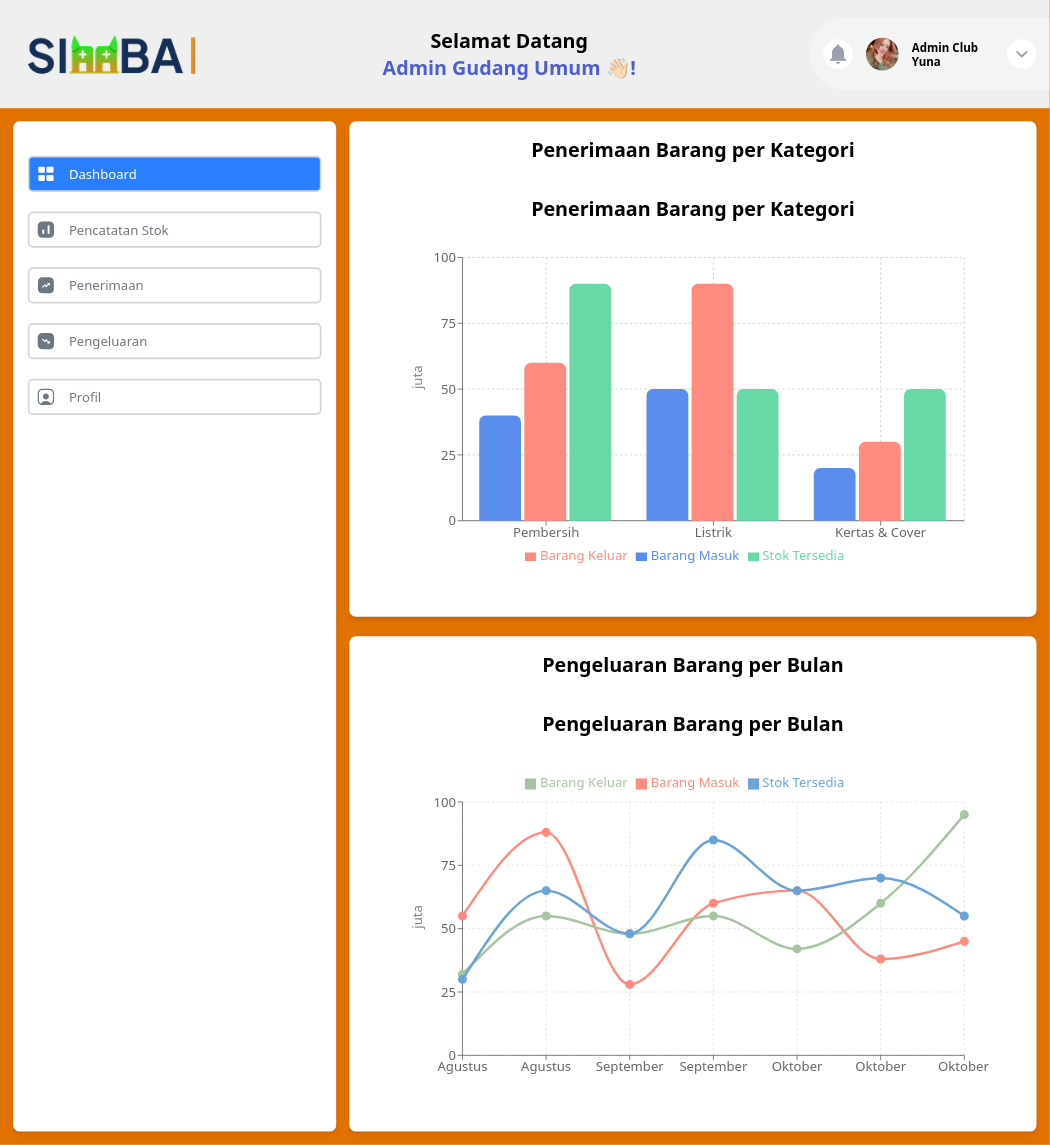
Repository: Gokerwow/inventory-fe
Page: /
These files come from the project's save history. The page is drawn as it stood at one moment and after the next save; the edit follows.
The browser window is 1280 px wide. The pictures show the whole page, at 82% of full size.
The project was rebuilt for these pictures with package versions that can differ from the ones it lists, and the page was loaded fresh each time. Also part of the build but not shown: vite.config.ts, src/pages/stokBarang.tsx, src/pages/penerimaan.tsx, src/pages/pengeluaran.tsx, src/pages/profil.tsx.

Above is the page before, as saved 2025-10-15 15:55:50.

### index.html
<!doctype html>
<html lang="en">
  <head>
    <meta charset="UTF-8" />
    <link rel="icon" type="image/svg+xml" href="/vite.svg" />
    <meta name="viewport" content="width=device-width, initial-scale=1.0" />
    <title>inventory-fe</title>
  </head>
  <body>
    <div id="root"></div>
    <script type="module" src="/src/main.tsx"></script>
  </body>
</html>

### src/main.tsx
import { StrictMode } from 'react'
import { createRoot } from 'react-dom/client'
import './index.css'
import App from './App.tsx'
import ErrorBoundary from './components/errorBoundary.tsx'
import { BrowserRouter } from 'react-router-dom'

createRoot(document.getElementById('root')!).render(
  <StrictMode>
    <ErrorBoundary>
      <BrowserRouter>
        <App />
      </BrowserRouter>
    </ErrorBoundary>
  </StrictMode>,
)

### src/App.tsx
import './App.css'
import { Routes, Route, Navigate } from 'react-router-dom'
import Layout from './components/layout'
import Dashboard from './pages/dashboard'
import StokBarang from './pages/stokBarang'
import Penerimaan from './pages/penerimaan'
import Pengeluaran from './pages/pengeluaran'
import Profil from './pages/profil'


function App() {
  return (
    <Routes>
      <Route path="/" element={<Layout />}>
        <Route index element={<Navigate to="/dashboard" replace />} />
        <Route path="dashboard" element={<Dashboard />} />
        <Route path="pencatatan-stok" element={<StokBarang />} />
        <Route path="penerimaan" element={<Penerimaan />} />
        <Route path="pengeluaran" element={<Pengeluaran />} />
        <Route path="profil" element={<Profil />} />
      </Route>
    </Routes>
  )
}

export default App

### src/components/errorBoundary.tsx
// components/ErrorBoundary.tsx
import { ErrorBoundary as ReactErrorBoundary } from 'react-error-boundary';
import { type ReactNode } from 'react';

function ErrorFallback({ error, resetErrorBoundary }: any) {
    return (
        <div className="min-h-screen flex items-center justify-center bg-gray-100">
            <div className="bg-white p-8 rounded-lg shadow-lg max-w-md w-full">
                <h2 className="text-2xl font-bold text-red-600 mb-4">
                    Oops! Terjadi Error
                </h2>
                <div className="bg-red-50 border border-red-200 rounded p-4 mb-4">
                    <p className="text-red-800 font-semibold">Error:</p>
                    <p className="text-red-600 text-sm mt-2">{error.message}</p>
                </div>
                <details className="mb-4">
                    <summary className="cursor-pointer text-gray-600 hover:text-gray-800">
                        Stack Trace
                    </summary>
                    <pre className="mt-2 text-xs bg-gray-50 p-2 rounded overflow-auto max-h-40">
                        {error.stack}
                    </pre>
                </details>
                <button
                    onClick={resetErrorBoundary}
                    className="w-full bg-blue-600 text-white py-2 px-4 rounded hover:bg-blue-700 transition"
                >
                    Coba Lagi
                </button>
            </div>
        </div>
    );
}

interface ErrorBoundaryProps {
    children: ReactNode;
}

export default function ErrorBoundary({ children }: ErrorBoundaryProps) {
    return (
        <ReactErrorBoundary
            FallbackComponent={ErrorFallback}
            onError={(error, errorInfo) => {
                // Log error ke console atau service logging (Sentry, LogRocket, dll)
                console.error('Error caught by boundary:', error, errorInfo);
            }}
            onReset={() => {
                // Reset state aplikasi jika perlu
                window.location.href = '/';
            }}
        >
            {children}
        </ReactErrorBoundary>
    );
}

### src/App.css
@import "tailwindcss";

body {
  background-color: #EFEFEF;
}

### src/components/layout.tsx
// components/Layout.tsx
import { Outlet } from 'react-router-dom';
import SideBar from '../components/sidebar'
import TopBar from '../components/topBar'

function Layout() {
    return (
        <div className="flex flex-col h-screen">
            <TopBar />
            <div className='flex bg-amber-600 p-4 gap-4'>
                <SideBar />
                <div className='flex-1'>
                    <Outlet />
                </div>
            </div>
        </div>
    );
}

export default Layout;

### src/pages/dashboard.tsx
import CategoryBarChart from '../components/categoryBarChart';
import LineChart from '../components/lineChart';

export default function Dashboard() {
    return (
        <div className='flex flex-col gap-6' >
            <div className="flex-1 bg-white z-10 p-4 border-2 border-white rounded-lg shadow-md">
                <h1 className='font-bold text-2xl text-center'>
                    Penerimaan Barang per Kategori
                </h1>
                <div className="p-4">
                    <CategoryBarChart />
                </div>
            </div>
            <div className="flex-1 bg-white z-10 p-4 border-2 border-white rounded-lg shadow-md">
                <h1 className='font-bold text-2xl text-center'>
                    Pengeluaran Barang per Bulan
                </h1>
                <div className="p-4">
                    <LineChart />
                </div>
            </div>
        </div>
    )
}

### src/components/sidebar.tsx
import DashboardIcon from '../assets/DashboardIcon.svg?react';
import ChartIcon from '../assets/Chart.svg?react';
import PenerimaanIcon from '../assets/Penerimaan.svg?react';
import PengeluaranIcon from '../assets/Pengeluaran.svg?react';
import ProfilIcon from '../assets/profil.svg?react';
import { NavLink } from 'react-router-dom';

export default function SideBar() {
    const menuItems = [
        { path: '/dashboard', icon: DashboardIcon, label: 'Dashboard' },
        { path: '/pencatatan-stok', icon: ChartIcon, label: 'Pencatatan Stok' },
        { path: '/penerimaan', icon: PenerimaanIcon, label: 'Penerimaan' },
        { path: '/pengeluaran', icon: PengeluaranIcon, label: 'Pengeluaran' },
        { path: '/profil', icon: ProfilIcon, label: 'Profil' },
    ];

    return (
        <div className='w-[394px]'>
            <div className="bg-white text-white flex flex-col justify-between h-full rounded-lg overflow-hidden shadow-md border-2 border-white">
                <ul className='flex flex-col gap-6 px-4 py-10'>
                    {menuItems.map((item) => (
                        <li key={item.path}>
                            <NavLink
                                to={item.path}
                                className={({ isActive }) =>
                                    `flex items-center gap-4 p-2 rounded-md cursor-pointer transition-all duration-300 border-2 border-gray-300 ${isActive
                                        ? 'bg-blue-500 text-white'
                                        : 'bg-white text-[#6E7781] hover:bg-blue-500 hover:text-white group'
                                    }`
                                }
                            >
                                {({ isActive }) => (
                                    <>
                                        <item.icon
                                            className={`w-6 h-6 fill-current transition-colors ${isActive
                                                ? 'text-white'
                                                : 'text-[#6E7781] group-hover:text-white'
                                                }`}
                                        />
                                        <span>{item.label}</span>
                                    </>
                                )}
                            </NavLink>
                        </li>
                    ))}

                </ul>
            </div>
        </div>
    );
}

### src/components/topBar.tsx
import NotifIcon from '../assets/Notification.png';
import ChevronDown from '../assets/ChevronDown.png';
import PfpExample from '../assets/Pfp Example.jpeg';
import SimbaLogo from '../assets/Light Logo new 1.png';


export default function TopBar() {
    return (
        <div className="w-full flex items-center justify-between gap-6 py-4 pl-4 rounded-b-xl">
            <div className='p-4'>
                <img src={SimbaLogo} alt="Simba Logo" />
            </div>
            <div className='text-2xl font-bold'>
                <p className='text-center'>Selamat Datang</p>
                <p className='text-center text-[#4D5ED1]'>Admin Gudang Umum 👋🏻!</p>
            </div>
            <div>
                <div className='flex items-center justify-center gap-4 bg-white/30 rounded-l-full px-4 py-6'>
                    <div className='bg-white rounded-full w-9 h-9 flex items-center justify-center'>
                        <img src={NotifIcon} alt="Notification Icon" className='h-6' />
                    </div>
                    <div className='flex items-center gap-4'>
                        <div className='bg-white rounded-full w-10 h-10 flex items-center justify-center overflow-hidden'>
                            <img src={PfpExample} alt="Profile Picture" className='w-full' />
                        </div>
                        <span className='max-w-[100px] break-words leading-tight font-semibold text-sm'>Admin Club Yuna</span>
                    </div>
                    <div className='bg-white rounded-full w-9 h-9 flex items-center justify-center'>
                        <img src={ChevronDown} alt="Notification Icon" className='h-2' />
                    </div>
                </div>
            </div>
        </div>
    )
}

### src/components/categoryBarChart.tsx
// components/CategoryBarChart.jsx
import { BarChart, Bar, XAxis, YAxis, CartesianGrid, Tooltip, Legend, ResponsiveContainer } from 'recharts';


export default function CategoryBarChart() {
    const data = [
        {
            kategori: 'Pembersih',
            'Barang Masuk': 40,
            'Barang Keluar': 60,
            'Stok Tersedia': 90,
        },
        {
            kategori: 'Listrik',
            'Barang Masuk': 50,
            'Barang Keluar': 90,
            'Stok Tersedia': 50,
        },
        {
            kategori: 'Kertas & Cover',
            'Barang Masuk': 20,
            'Barang Keluar': 30,
            'Stok Tersedia': 50,
        },
    ];

    return (
        <div className="bg-white rounded-lg p-6">
            <h2 className="text-2xl font-semibold text-center mb-6">
                Penerimaan Barang per Kategori
            </h2>

            <ResponsiveContainer width="100%" height={400}>
                <BarChart
                    data={data}
                    margin={{ top: 20, right: 30, left: 20, bottom: 5 }}
                >
                    <CartesianGrid strokeDasharray="3 3" />
                    <XAxis dataKey="kategori" />
                    <YAxis label={{ value: 'juta', angle: -90, position: 'insideLeft' }} />
                    <Tooltip />
                    <Legend />
                    <Bar dataKey="Barang Masuk" fill="#5B8DEE" radius={[8, 8, 0, 0]} />
                    <Bar dataKey="Barang Keluar" fill="#FF8A80" radius={[8, 8, 0, 0]} />
                    <Bar dataKey="Stok Tersedia" fill="#66D9A6" radius={[8, 8, 0, 0]} />
                </BarChart>
            </ResponsiveContainer>
        </div>
    );
};

### src/components/lineChart.tsx
import { LineChart, Line, XAxis, YAxis, CartesianGrid, Tooltip, Legend, ResponsiveContainer } from 'recharts';

const PengeluaranChart = () => {
    const data = [
        {
            bulan: 'Agustus',
            'Barang Masuk': 55,
            'Barang Keluar': 32,
            'Stok Tersedia': 30,
        },
        {
            bulan: 'Agustus',
            'Barang Masuk': 88,
            'Barang Keluar': 55,
            'Stok Tersedia': 65,
        },
        {
            bulan: 'September',
            'Barang Masuk': 28,
            'Barang Keluar': 48,
            'Stok Tersedia': 48,
        },
        {
            bulan: 'September',
            'Barang Masuk': 60,
            'Barang Keluar': 55,
            'Stok Tersedia': 85,
        },
        {
            bulan: 'Oktober',
            'Barang Masuk': 65,
            'Barang Keluar': 42,
            'Stok Tersedia': 65,
        },
        {
            bulan: 'Oktober',
            'Barang Masuk': 38,
            'Barang Keluar': 60,
            'Stok Tersedia': 70,
        },
        {
            bulan: 'Oktober',
            'Barang Masuk': 45,
            'Barang Keluar': 95,
            'Stok Tersedia': 55,
        },
    ];

    return (
        <div className="bg-white rounded-lg p-6">
            <h2 className="text-2xl font-semibold text-center mb-6">
                Pengeluaran Barang per Bulan
            </h2>

            <ResponsiveContainer width="100%" height={400}>
                <LineChart
                    data={data}
                    margin={{ top: 20, right: 30, left: 20, bottom: 5 }}
                >
                    <CartesianGrid strokeDasharray="3 3" stroke="#e0e0e0" />
                    <XAxis
                        dataKey="bulan"
                        tick={{ fill: '#666' }}
                    />
                    <YAxis
                        label={{ value: 'juta', angle: -90, position: 'insideLeft' }}
                        tick={{ fill: '#666' }}
                    />
                    <Tooltip />
                    <Legend
                        verticalAlign="top"
                        height={36}
                        iconType="square"
                    />
                    <Line
                        type="monotone"
                        dataKey="Barang Masuk"
                        stroke="#FF8A80"
                        strokeWidth={3}
                        dot={{ fill: '#FF8A80', r: 4 }}
                        activeDot={{ r: 6 }}
                    />
                    <Line
                        type="monotone"
                        dataKey="Barang Keluar"
                        stroke="#A8C5A3"
                        strokeWidth={3}
                        dot={{ fill: '#A8C5A3', r: 4 }}
                        activeDot={{ r: 6 }}
                    />
                    <Line
                        type="monotone"
                        dataKey="Stok Tersedia"
                        stroke="#6BA3D4"
                        strokeWidth={3}
                        dot={{ fill: '#6BA3D4', r: 4 }}
                        activeDot={{ r: 6 }}
                    />
                </LineChart>
            </ResponsiveContainer>
        </div>
    );
};

export default PengeluaranChart;

Loaded but not shown: src/index.css (common file)

After the next save:
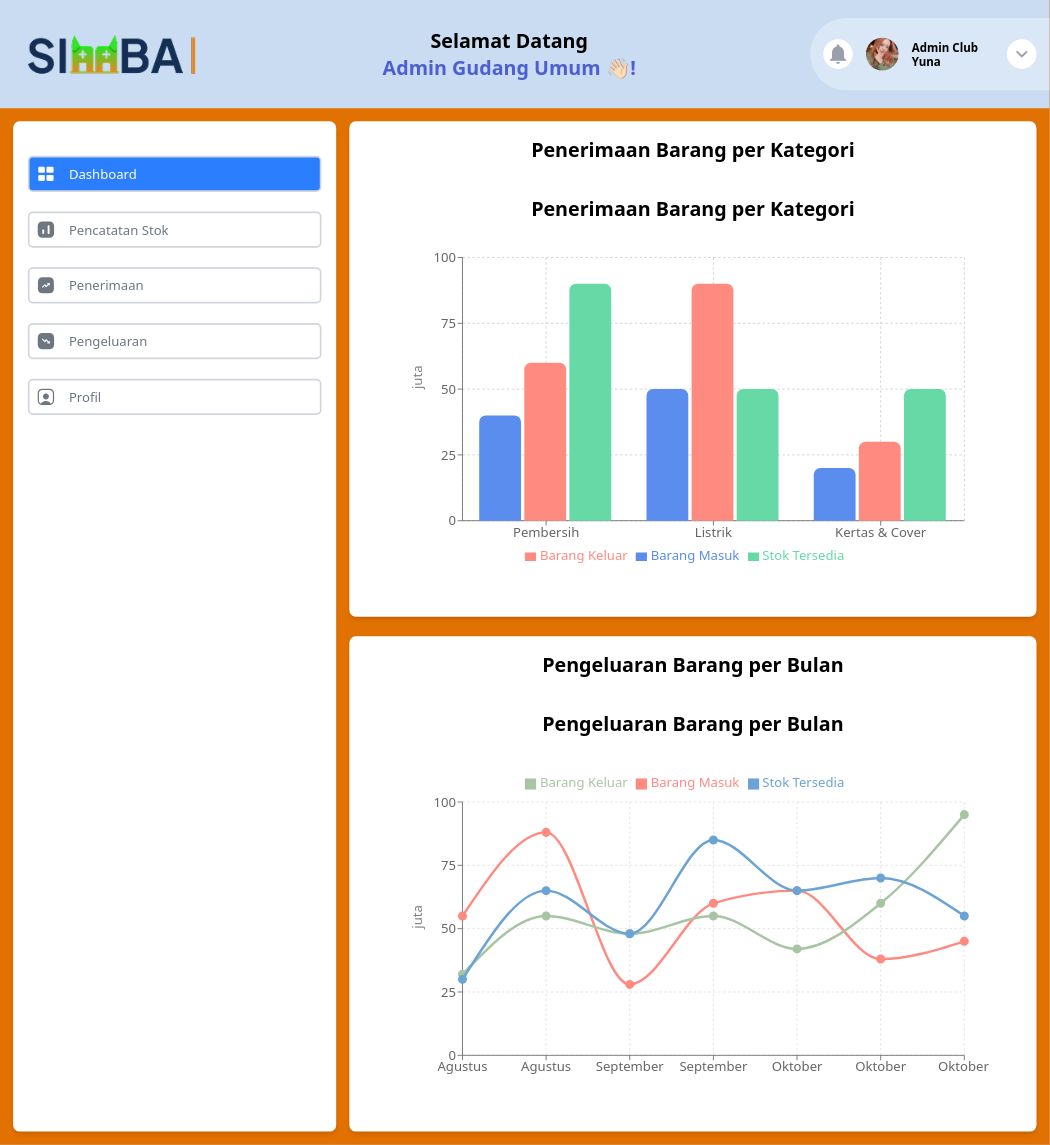
Saved 98 s later.
--- a/src/App.css
+++ b/src/App.css
@@ -1,5 +1,5 @@
 @import "tailwindcss";
 
 body {
-  background-color: #EFEFEF;
+  background-color: #cadcf2;
 }
